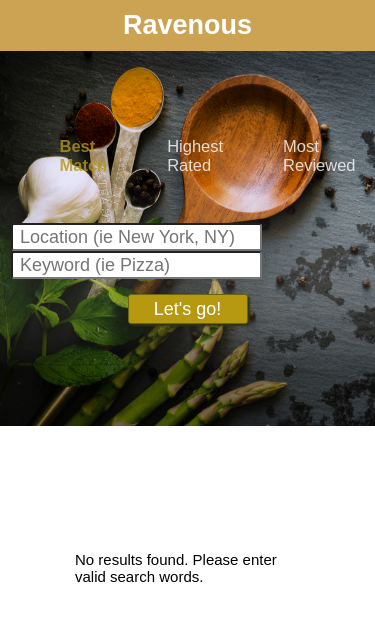
Repository: LolaSL/Ravenous
Page: /
These files come from the project's save history. The page is drawn as it stood at one moment and after the next save; the edit follows.
The browser window is 375 px wide. The pictures show the whole page.
The page's requests for data from a server got no answer. The project was rebuilt for these pictures with package versions that can differ from the ones it lists, and the page was loaded fresh each time. No one was signed in, and anything a server would have sent is missing. Also part of the build but not shown: src/Business/Business.js.

Above is the page before, as saved 2024-03-24 12:24:35.

### src/App.js
import './App.css';
import React, { useState, useEffect } from 'react';
import BusinessList from './BusinessList/BusinessList';
import SearchBar from './SearchBar/SearchBar';
import getSuggestions from './utils/yelp';

function App() {
  const [businesses, setBusinesses ] = useState([]);

  const searchYelp = async (keyword, location, sort) => {
    const suggestions = await getSuggestions(keyword, location, sort);
    setBusinesses(suggestions);
  };

  useEffect(() => {
    searchYelp("food", "US", "best_match");
  }, []);

  return (
    <div className="App">
      <header>
        <h1>Ravenous</h1>
      </header>
      <main>
        <SearchBar searchYelp={searchYelp}/>
        <BusinessList businesses={businesses}/>
      </main>
      <footer>

      </footer>
    </div>
  );
};

export default App;

### src/App.css
/* Universal Styles */

html {
  font-size: 18px;
}

html,
body {
  margin: 0;
}

@media only screen and (max-width: 560px) {
  html {
    font-size: 15px;
  }
}

input:focus {
  outline: none;
}

/* App Styles */

.App {
  font-family: "Work Sans", sans-serif;
}

.App h1 {
  padding: 0.66rem 0;
  text-align: center;
  background-color: #cca353;
  font-family: Poppins, sans-serif;
  font-size: 1.8rem;
  color: #fff;
  margin: 0;
}

### src/BusinessList/BusinessList.js
import React from 'react';
import './BusinessList.css';
import Business from '../Business/Business';

function BusinessList(prop) {
  if(!prop.businesses) {
    return (
      <div id="business-list">
        <p>No results found. Please enter valid search words.</p>
      </div>
    )
  }
  return (
    <div id="business-list">
      {prop.businesses?.map(business => {
        return <Business info={business} key={business.id}/>;
      })}
    </div>
  );
};

export default BusinessList;

### src/SearchBar/SearchBar.js
import React, { useState } from 'react';
import './SearchBar.css';

function SearchBar({ searchYelp }) {
    const [location, setLocation] = useState("US");
    const [keyword, setKeyword] = useState("restaurant");
    const [sort, setSort] = useState("best_match");

    const sortChoices = [
        { id: "best_match", choice: "Best Match" },
        { id: "rating", choice: "Highest Rated" },
        { id: "review_count", choice: "Most Reviewed" }
    ];

    const handleSortChange = (choice) => {
        setSort(choice);
    }

    const handleLocationChange = (event) => {
        let choice = event.target.value;
        if (!choice) {
            choice = "US";
        };
        setLocation(choice);
    };

    const handleKeywordChange = (event) => {
        let choice = event.target.value;
        if (!choice) {
            choice = "food";
        };
        setKeyword(choice);
    };

    const handleSubmit = (event) => {
        event.preventDefault();
        searchYelp(keyword, location, sort);
    };

    return (
        <div id="search-bar">
            <ul id="sort-options">
                {sortChoices.map((choice) => (
                    <li key={choice.id} value={choice.id} onClick={() => handleSortChange(choice.id)} className={sort === choice.id ? "active" : ""}>{choice.choice}</li>
                ))}
            </ul>
            <div id="user-input">
                <input className="search-input" id="location" onChange={handleLocationChange} placeholder="Location (ie New York, NY)" />
                <input className="search-input" id="keyword" onChange={handleKeywordChange} placeholder="Keyword (ie Pizza)" />
                <button id="submit" type="submit" onClick={handleSubmit}>Let's go!</button>
            </div>
        </div>
    );
};

export default SearchBar;

### src/utils/yelp.js
const apiKey = process.env.REACT_APP_API_KEY;
const cors = "https://cors-anywhere.herokuapp.com/";
const baseUrl = "https://api.yelp.com/v3";
const searchEndpoint = "/businesses/search";

const getSuggestions = async (keyword, location, sort) => {
  const endpoint = `${cors}${baseUrl}${searchEndpoint}?term=${keyword}&location=${location}&sort_by=${sort}`;

  try {
    const response = await fetch(endpoint,
      {
        headers: {
          Authorization: `Bearer ${apiKey}`
        }
      }
    );
    if (response.ok) {
      const jsonResponse = await response.json();
      const results = jsonResponse.businesses.map((business) => ({
        id: business.id,
        img: business.image_url,
        name: business.name,
        address: `${business.location.display_address[0]}, ${business.location.display_address[1]}`,
        category: business.categories[0].title,
        rating: business.rating,
        reviews: business.review_count
      }));
      return results;
    }
  }
  catch (error) {
    console.log(error);
  };
};
export default getSuggestions;

### src/BusinessList/BusinessList.css
/* BusinessList.css */
#business-list {
  display: flex;
  box-sizing: border-box;
  width: 100%;
  min-height: 15rem;
  margin: 2rem auto;
  padding: 1rem 5rem;
  align-items: center;
  flex-wrap: wrap;
  justify-content: center;
  background-color: white;
}

### src/SearchBar/SearchBar.css
#search-bar {
  display: flex;
  flex-direction: column;
  justify-content: center;
  background-image: url("./background_search_desktop.jpg");
  background-size: cover;
  background-repeat: no-repeat;
  height: 25rem;
}

#sort-options {
  display: flex;
  justify-content: center;
  margin-bottom: 2.22rem;
  color: white;
}

#sort-options li {
  display: inline;
  margin: 0 2rem;
  color: white;
  font-size: 1.1rem;
  opacity: 80%;
  justify-content: center;
}

#sort-options li:hover {
  cursor: pointer;
  color: rgb(182, 152, 17);
}

.active {
  color: rgb(182, 152, 17) !important;
  font-weight: bold;
}

hr {
  margin: 1.5rem auto;
  width: 30%;
  opacity: 50%;
}

#user-input {
  margin: 1rem auto;
}

.search-input {
  margin: 0 0.7rem;
  font-size: 1.2rem;
  height: 1.2rem;
  padding: 0.2rem 0.5rem;
  border-radius: 3px;
}

#submit {
  display: block;
  width: 8rem;
  height: 2rem;
  margin: 1rem auto;
  color: white;
  background-color: rgb(182, 152, 17);
  border: 1px solid rgb(107, 101, 17);
  border-radius: 3px;
  font-size: 1.2rem;
  box-shadow: 2px 2px 2px rgb(47, 53, 10);
}

#submit:hover {
  cursor: pointer;
  background-color: rgb(81, 67, 2);
}

@media only screen and (max-width: 560px) {
  #search-bar {
    background-image: url("./background_search_mobile.jpg");
  }

  #sort-options li {
    display: block;
  }

/*
  .search-input {
    margin-right: 0 auto;
    margin-bottom: 0.86rem;
  } */

}

### src/Business/Business.css
/* Business.css */
.restaurant-card {
  display: flex;
  flex-direction: column;
  justify-content: space-between;
  width: 16.66rem;
  margin: 0 0.5rem 2.3rem 0.5rem;
}

img {
  height: 16.66rem;
  margin-bottom: 1rem;
  display: flex;
  flex-direction: column;
  justify-content: center;
  overflow: hidden;
  background: #000;
  border-radius: 5px;
}
.image img {
  width: 100%;
}
.name {
  font-size: 1.2rem;
  font-weight: bold;
}

.category,
.rating {
  color: rgb(152, 97, 3);
  font-weight: bold;
}

.info {
  padding-bottom: 10px;
}

p {
  margin: 0;
}

Loaded but not shown: public/index.html (common file); src/index.js (common file); src/index.css (common file); src/reportWebVitals.js (common file)

After the next save:
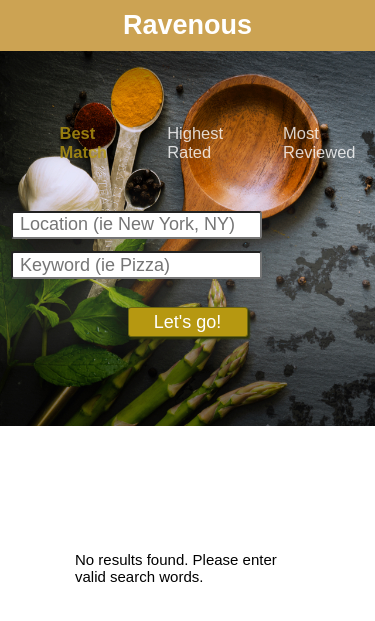
Saved 7 s later.
--- a/src/SearchBar/SearchBar.css
+++ b/src/SearchBar/SearchBar.css
@@ -79,10 +79,10 @@ hr {
     display: block;
   }
 
-/*
+
   .search-input {
     margin-right: 0 auto;
     margin-bottom: 0.86rem;
-  } */
+  }
 
 }
